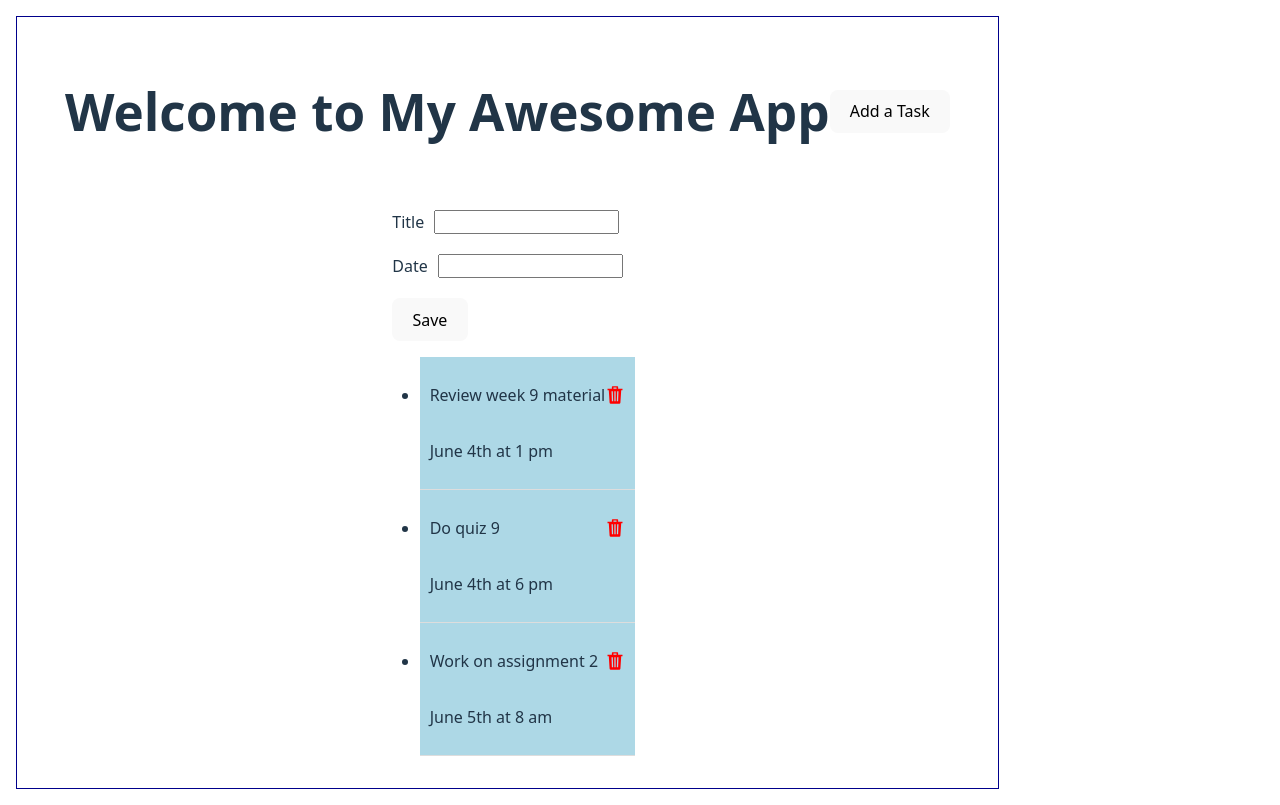
Repository: liulian26/CS5610
Page: /tasks/2 (app in week9/my-vite-app/)
An editor plug-in stored every save of this project. The page is shown before and after the next save, followed by the edit.
The browser window is 1280 px wide. The pictures show the whole page.
The project was rebuilt for these pictures with package versions that can differ from the ones it lists, and the page was loaded fresh each time. Also part of the build but not shown: week9/my-vite-app/vite.config.js.

Above is the page before, as saved 2025-03-20 11:38:34.

### week9/my-vite-app/index.html
<!DOCTYPE html>
<html lang="en">
  <head>
    <meta charset="UTF-8" />
    <link rel="icon" type="image/svg+xml" href="/vite.svg" />
    <meta name="viewport" content="width=device-width, initial-scale=1.0" />
    <title>My Awsome App</title>
  </head>
  <body>
    <div id="root"></div>
    <script type="module" src="/src/main.jsx"></script>
  </body>
</html>

### week9/my-vite-app/src/index.css
:root {
  font-family: system-ui, Avenir, Helvetica, Arial, sans-serif;
  line-height: 1.5;
  font-weight: 400;

  color-scheme: light dark;
  color: rgba(255, 255, 255, 0.87);
  background-color: #242424;

  font-synthesis: none;
  text-rendering: optimizeLegibility;
  -webkit-font-smoothing: antialiased;
  -moz-osx-font-smoothing: grayscale;
}

a {
  font-weight: 500;
  color: #646cff;
  text-decoration: inherit;
}
a:hover {
  color: #535bf2;
}

body {
  margin: 0;
  display: flex;
  place-items: center;
  min-width: 320px;
  min-height: 100vh;
}

h1 {
  font-size: 3.2em;
  line-height: 1.1;
}

button {
  border-radius: 8px;
  border: 1px solid transparent;
  padding: 0.6em 1.2em;
  font-size: 1em;
  font-weight: 500;
  font-family: inherit;
  background-color: #1a1a1a;
  cursor: pointer;
  transition: border-color 0.25s;
}
button:hover {
  border-color: #646cff;
}
button:focus,
button:focus-visible {
  outline: 4px auto -webkit-focus-ring-color;
}


.appContainer {
  display: flex;
  flex-direction: column;
  align-items: center;
  padding: 2em;
  border: darkblue 1px solid;
  padding: 1em;
  margin: 1em;
}

.headerContainer {
  display: flex;
  justify-content: space-between;
  align-items: center;
  padding: 1em 2em;
}

.taskContainer {
  display: flex;
  flex-direction: column;
  padding: 1em;
  background-color: lightblue;
}

@media (prefers-color-scheme: light) {
  :root {
    color: #213547;
    background-color: #ffffff;
  }
  a:hover {
    color: #747bff;
  }
  button {
    background-color: #f9f9f9;
  }
}

.taskContainer {
  list-style: none;
  padding: 10px;
  border-bottom: 1px solid #ddd;
}

.taskTileIconContainer {
  display: flex;
  align-items: center;
  justify-content: space-between;
}

.deleteIcon {
  color: red;
  font-size: 20px;
  cursor: pointer;
}

.deleteIcon:hover {
  color: darkred;
}

.form-control {
  margin: 20px 0;
  display: flex;
}

.form-control label {
  margin-right: 10px;
}

### week9/my-vite-app/src/App.jsx
import React from 'react';
import Header from './components /Header';
import TaskList from './components /TasksList';
import AddTask from './components /AddTask';

export default function App() {
  const appName = "My Awesome App"

  return(
    <div className="appContainer">
      <Header myAppName={appName} version={2} />
      <AddTask />
      <TaskList />
    </div>
  );
}

### week9/my-vite-app/src/components /Header.jsx
import React from "react";


export default function Header({ myAppName }) {
    return (
        <div>
            <header className="headerContainer">
                <h1>Welcome to {myAppName}</h1>
                <button>Add a Task</button>
            </header>
        </div>
    );
}

### week9/my-vite-app/src/components /TasksList.jsx
import React,{useState} from "react";
import Task from "./Task";


export default function TaskList(){
    const [tasks, setTasks] = useState([
        {
          id: 1,
          title: "Review week 9 material",
          date: "June 4th at 1 pm",
        },
        {
          id: 2,
          title: "Do quiz 9",
          date: "June 4th at 6 pm",
        },
        {
          id: 3,
          title: "Work on assignment 2",
          date: "June 5th at 8 am",
        },
      ]);
      const handleDelete = (taskId) => {
        setTasks((prevTasks) => prevTasks.filter((task) => task.id !== taskId));
      };

      return(
      // <ul>
      //       {/* using array.map to render the tasks array titles
      //       for each element return an <li> */}
      //       {tasks.map((task) => {
      //         return <Task key={task.id} taskObj={task} />;
      //       })}
      //     </ul>
      <div>
      {tasks.length === 0 ? (
        <p>No tasks left!</p>
      ) : (
        <ul>
          {tasks.map((task) => (
            <Task key={task.id} taskObj={task} onDelete={handleDelete} />
          ))}
        </ul>
      )}
    </div>
      );
}

### week9/my-vite-app/src/components /AddTask.jsx
import React from "react";


export default function AddTask() {
  return (
    <form>
      <div className="form-control">
        <label>Title</label>
        <input type="text" />
      </div>
      <div className="form-control">
        <label>Date</label>
        <input type="text" />
      </div>
      <button type="submit">Save</button>
    </form>
  );
}

### week9/my-vite-app/src/components /Task.jsx
import React from "react";
import {IoTrashSharp} from "react-icons/io5";

export default function Task({ taskObj }) {
  return (
    <li>
      <div className="taskContainer">
        <div className="taskTileIconContainer">
          <p>{taskObj.title}</p>
          <IoTrashSharp className="deleteIcon" onClick={() => onDelete(taskObj.id)}/>
        </div>
          <p>{taskObj.date}</p>
      </div>
    </li>
  );
}

Loaded but not shown: week9/my-vite-app/src/main.jsx (common file)

After the next save:
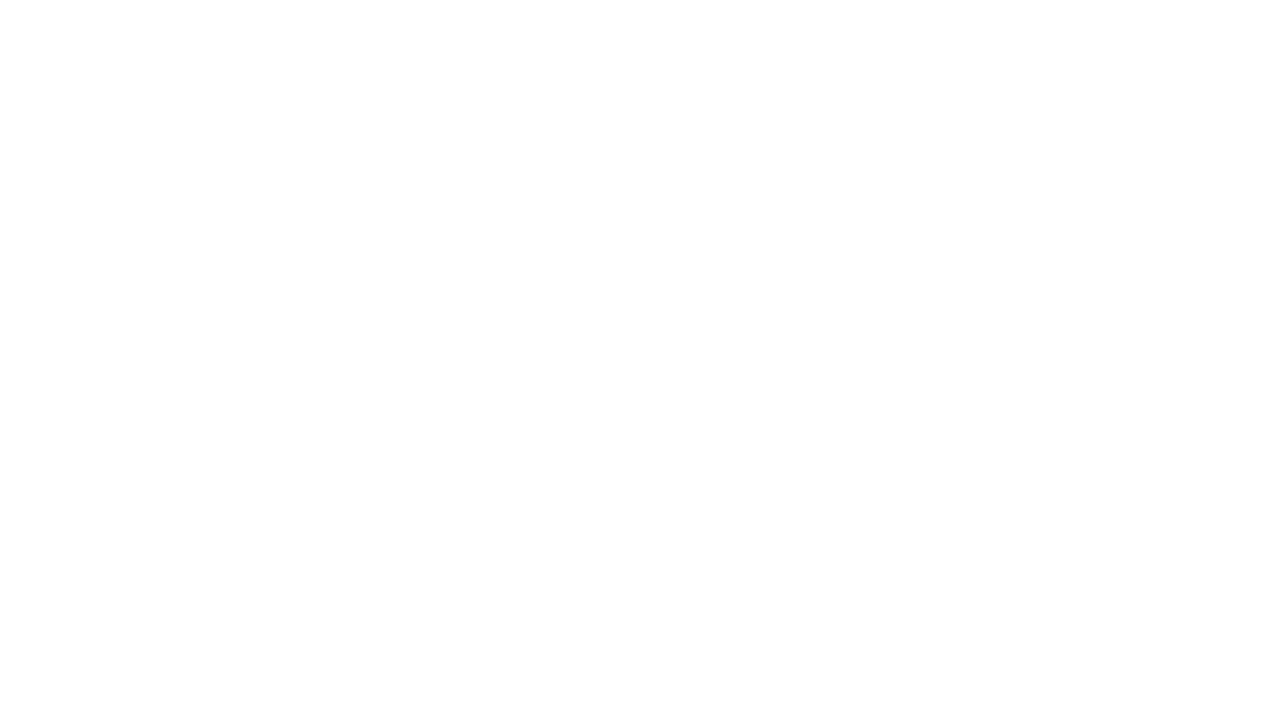
Console error: ReferenceError: useState is not defined
Saved 3 min 5 s later.
--- a/week9/my-vite-app/src/components /AddTask.jsx
+++ b/week9/my-vite-app/src/components /AddTask.jsx
@@ -2,15 +2,25 @@ import React from "react";
 
 
 export default function AddTask() {
+    const [title, setTitle] = useState("");
+    const [date, setDate] = useState("");
+
+    const handleTitleChange = (event) => {
+        setTitle(event.target.value);
+      };
+    const handleDateChange = (event) => {
+        setDate(event.target.value);
+      };
+
   return (
     <form>
       <div className="form-control">
         <label>Title</label>
-        <input type="text" />
+        <input type="text"value={title} onChange={handleTitleChange} />
       </div>
       <div className="form-control">
         <label>Date</label>
-        <input type="text" />
+        <input type="text" value={date} onChange={handleDateChange}/>
       </div>
       <button type="submit">Save</button>
     </form>

After the save that followed:
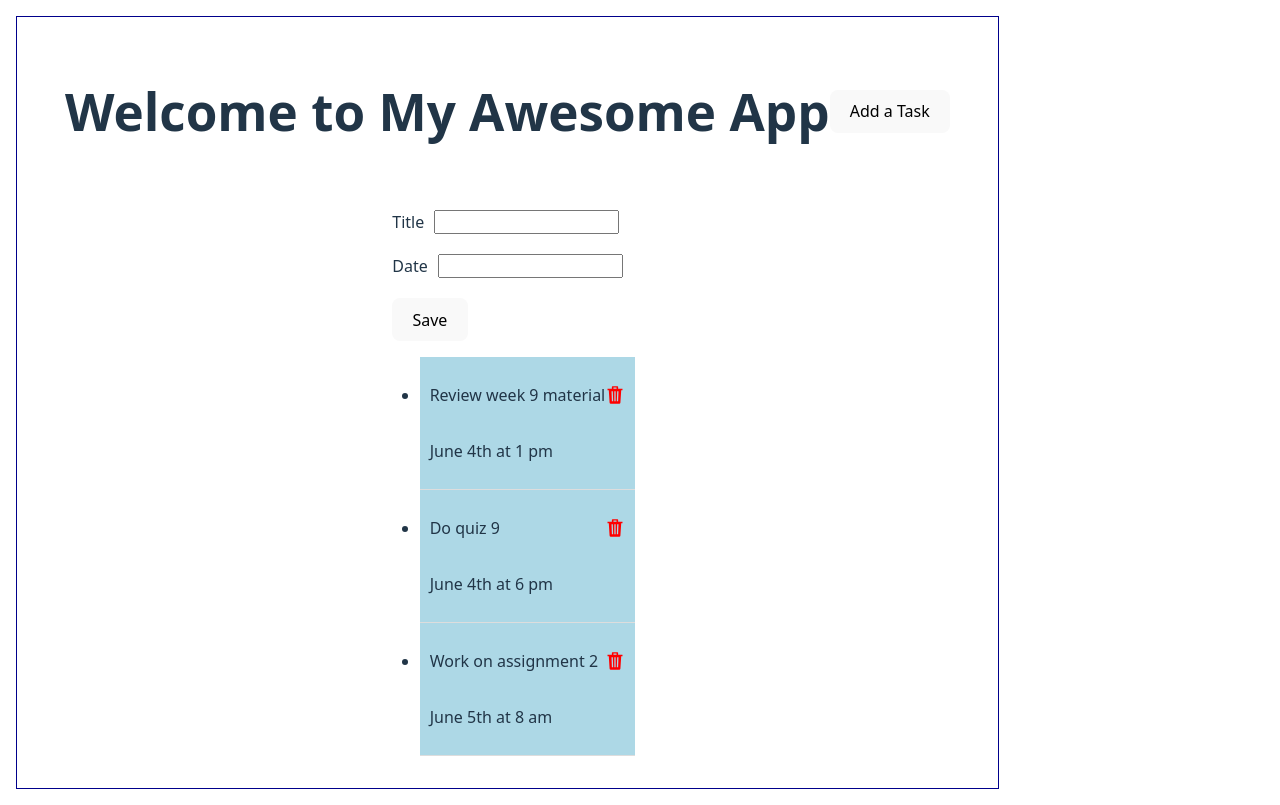
The error is gone.
Saved 2 min 24 s later.
--- a/week9/my-vite-app/src/components /AddTask.jsx
+++ b/week9/my-vite-app/src/components /AddTask.jsx
@@ -1,4 +1,4 @@
-import React from "react";
+import React, { useState } from "react";
 
 
 export default function AddTask() {
